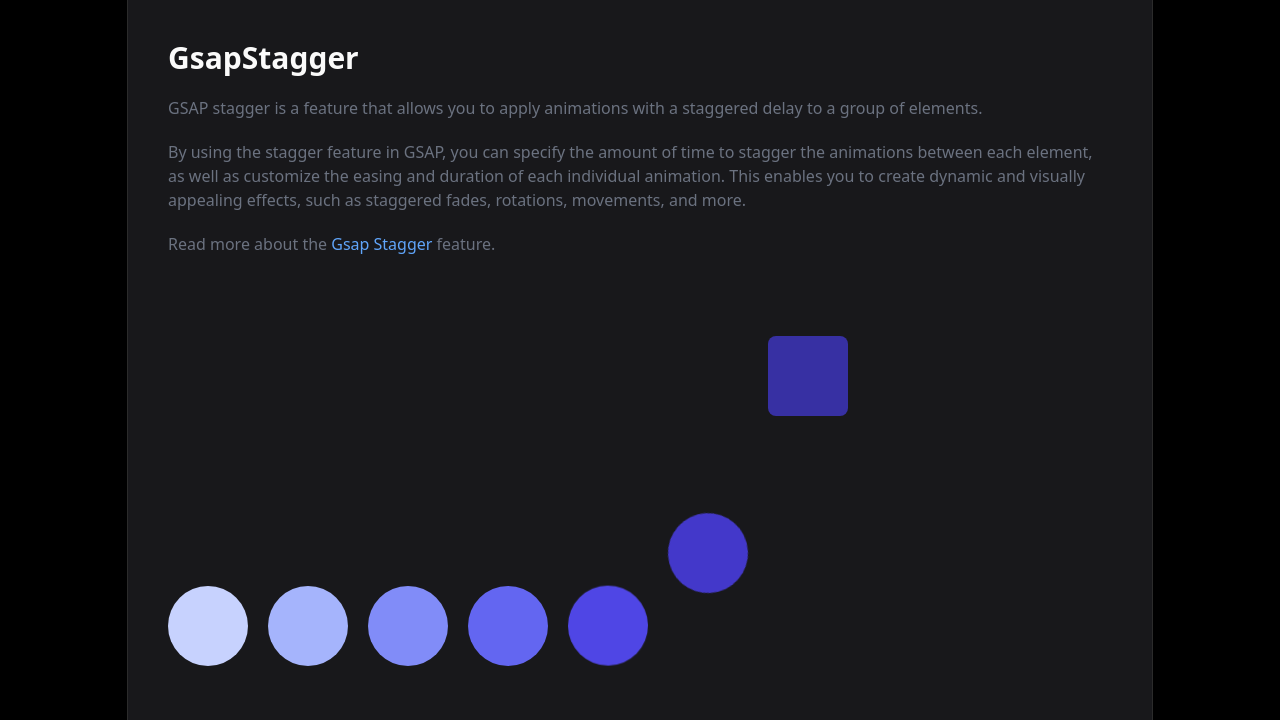
Repository: mgoyeghiaian/gsap-Starter
Page: /gsapstagger
The author's editor kept a copy of each file at every save. The page is drawn from the files as they stood at one save, then again after a run of saves.
The browser window is 1280 px wide. The pictures show the whole page.
The project was rebuilt for these pictures with package versions that can differ from the ones it lists, and the page was loaded fresh each time. Also part of the build but not shown: vite.config.js, src/pages/Home.jsx, src/pages/GsapTo.jsx, src/pages/GsapFrom.jsx, src/pages/GsapFromTo.jsx, src/pages/GsapTimeline.jsx, src/pages/GsapScrollTrigger.jsx, src/pages/GsapText.jsx.

Above is the page before, as saved 2024-03-17 23:53:42.

### src/pages/GsapStagger.jsx
import { useGSAP } from "@gsap/react";
import gsap from "gsap";

const GsapStagger = () => {
  // TODO: Implement the gsap.stagger() method
  useGSAP(() => {
    gsap.to('.stagger-box', {
      y: 250,
      rotation: 360,
      borderRadius: '100%',
      repeat: -1,
      yoyo: true,
      // stagger: 0.5,
      stagger: {
        amount: 1.5,
        grid: [2, 1],
        axis: 'y',
        ease:"c"
      }
    });
  }, [])
  return (
    <main>
      <h1>GsapStagger</h1>

      <p className="mt-5 text-gray-500">
        GSAP stagger is a feature that allows you to apply animations with a
        staggered delay to a group of elements.
      </p>

      <p className="mt-5 text-gray-500">
        By using the stagger feature in GSAP, you can specify the amount of time
        to stagger the animations between each element, as well as customize the
        easing and duration of each individual animation. This enables you to
        create dynamic and visually appealing effects, such as staggered fades,
        rotations, movements, and more.
      </p>

      <p className="mt-5 text-gray-500">
        Read more about the{" "}
        <a
          href="https://gsap.com/resources/getting-started/Staggers"
          target="_blank"
          rel="noreferrer noopener nofollow"
        >
          Gsap Stagger
        </a>{" "}
        feature.
      </p>

      <div className="mt-20">
        <div className="flex gap-5">
          <div className="w-20 h-20 bg-indigo-200 rounded-lg stagger-box" />
          <div className="w-20 h-20 bg-indigo-300 rounded-lg stagger-box" />
          <div className="w-20 h-20 bg-indigo-400 rounded-lg stagger-box" />
          <div className="w-20 h-20 bg-indigo-500 rounded-lg stagger-box" />
          <div className="w-20 h-20 bg-indigo-600 rounded-lg stagger-box" />
          <div className="w-20 h-20 bg-indigo-700 rounded-lg stagger-box" />
          <div className="w-20 h-20 bg-indigo-800 rounded-lg stagger-box" />
        </div>
      </div>
    </main>
  );
};

export default GsapStagger;

Loaded but not shown: index.html (common file); src/main.jsx (common file); src/App.jsx (common file); src/index.css (common file); src/pages/index.jsx (common file); tailwind.config.js (common file)

After the next 5 saves:
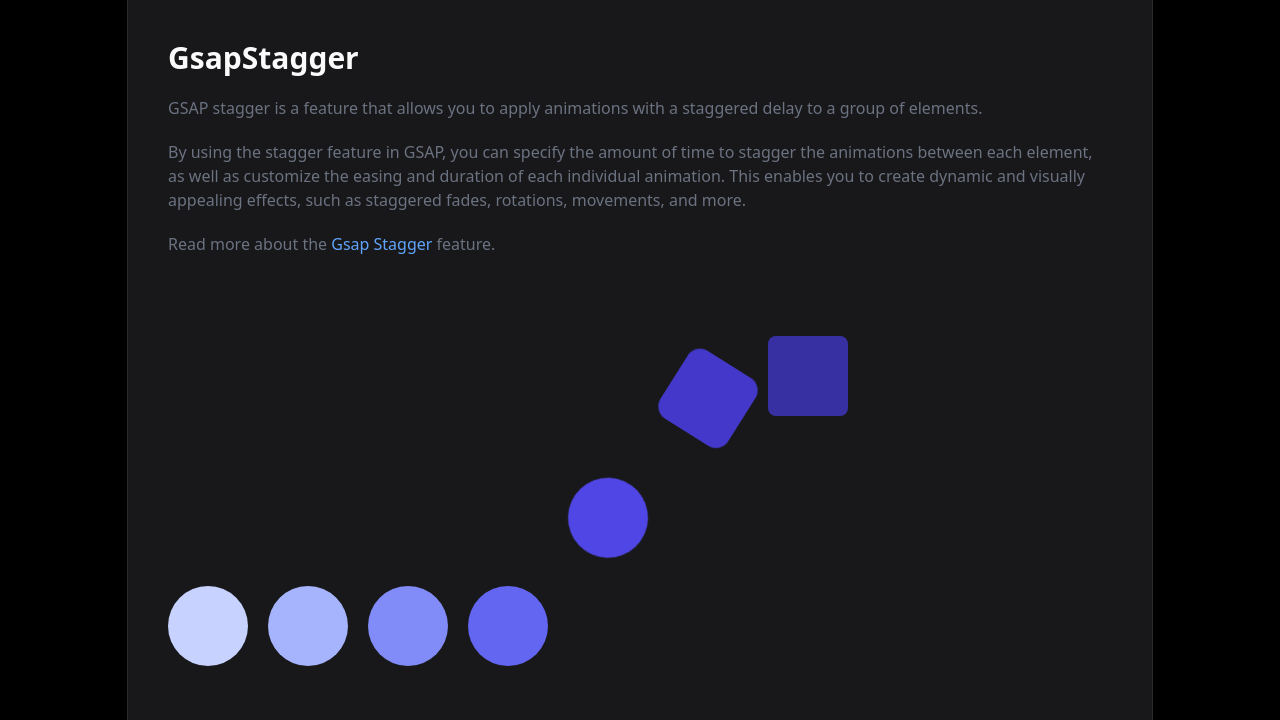
The 5 saves are shown as one change because they came seconds apart.
The last was saved 12 s later.
--- a/src/pages/GsapStagger.jsx
+++ b/src/pages/GsapStagger.jsx
@@ -15,7 +15,8 @@
         amount: 1.5,
         grid: [2, 1],
         axis: 'y',
-        ease:"c"
+        ease:"circ.inOut",
+
       }
     });
   }, [])
